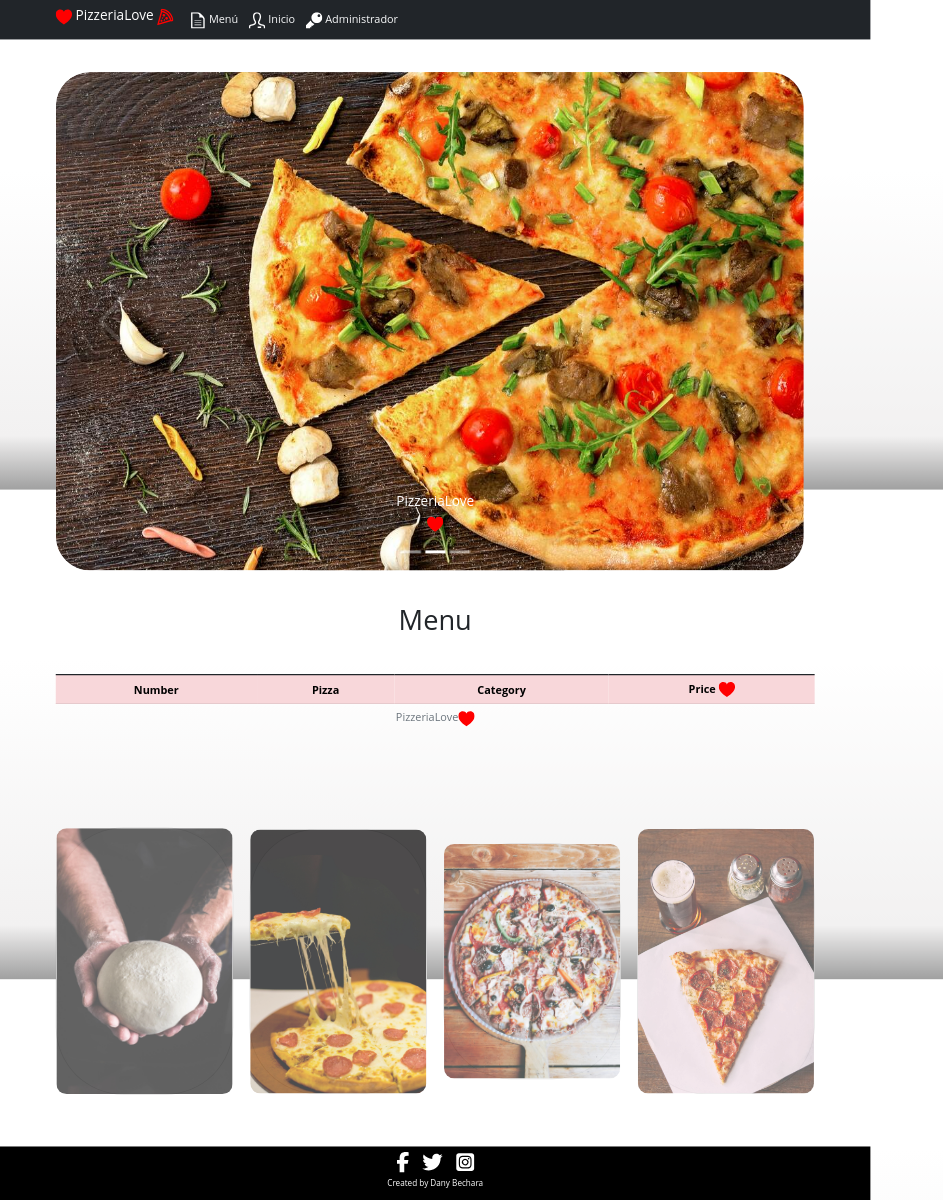
Repository: bechara611/PizzeriaLove
Page: /
The author's editor kept a copy of each file at every save. The page is drawn from the files as they stood at one save, then again after the next save.
The browser window is 1280 px wide. The page is 1387 px wide, then 1280 px, so the pictures cover 1387 px, including what lies to the right of the window. The pictures show the whole page, at 68% of full size.
The page's requests for data from a server got no answer. Backgrounds fixed to the window are drawn as part of the page. The project was rebuilt for these pictures with package versions that can differ from the ones it lists, and the page was loaded fresh each time. No one was signed in, and anything a server would have sent is missing. Also part of the build but not shown: src/App.css, src/App.js, src/Componentes/FormularioAgregarMenu.css, src/Elementos/Alerta.js, src/Elementos/AlertaRed.js, src/Componentes/FormularioAgregarMenu.js.

Above is the page before, as saved 2022-02-25 23:44:55.

After the next save:
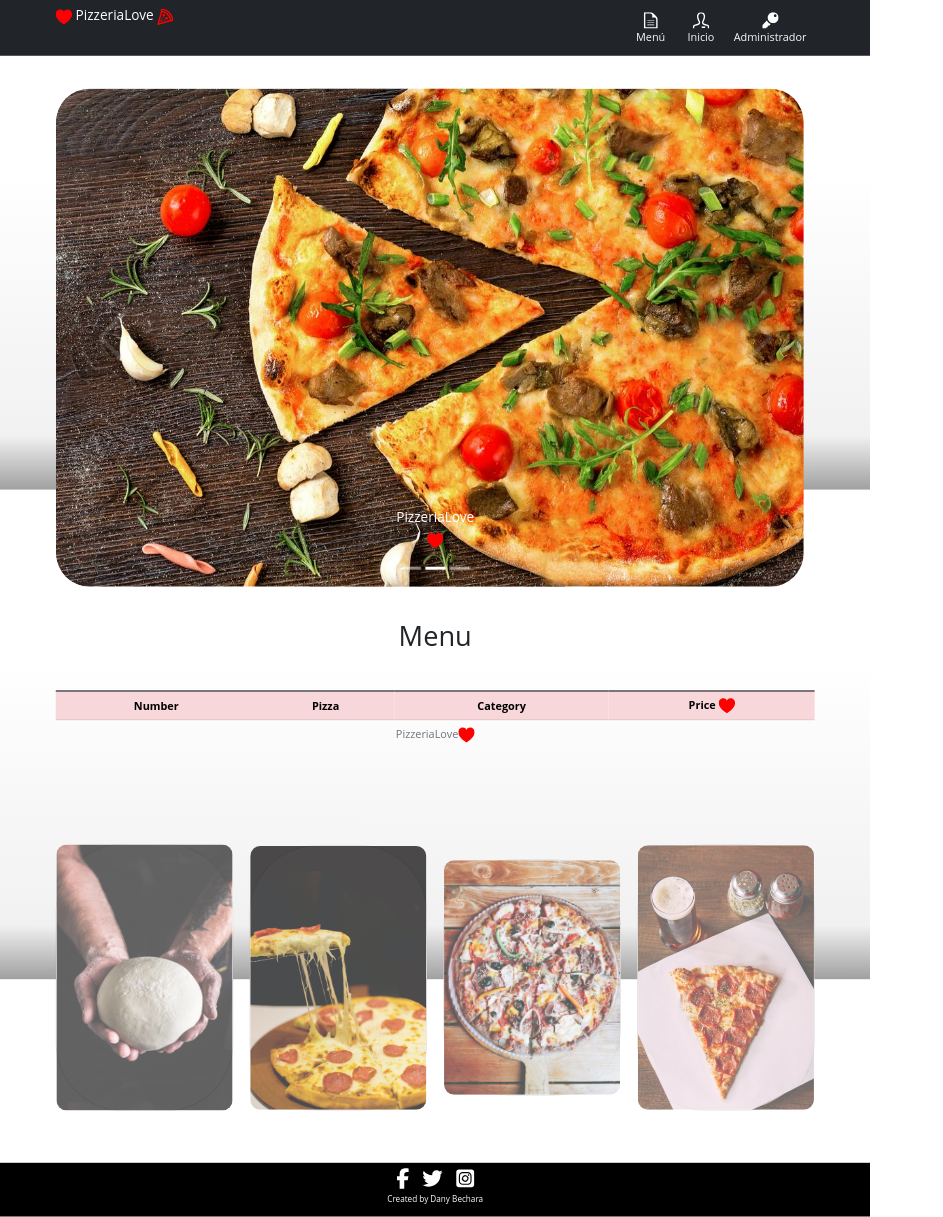
Saved 16 s later.
--- a/src/Componentes/Header.js
+++ b/src/Componentes/Header.js
@@ -21,7 +21,7 @@ const Header = ({cambiaradministrador,administrador,cambiaradmin}) => {
 
 
         </div>
-      <div className='hijo2_header text-center col-12 '>
+      <div className='hijo2_header text-center col-3 '>
         <button
         className="navbar-toggler mt-2 col-12 col-sm-3 text-center"
         type="button"
